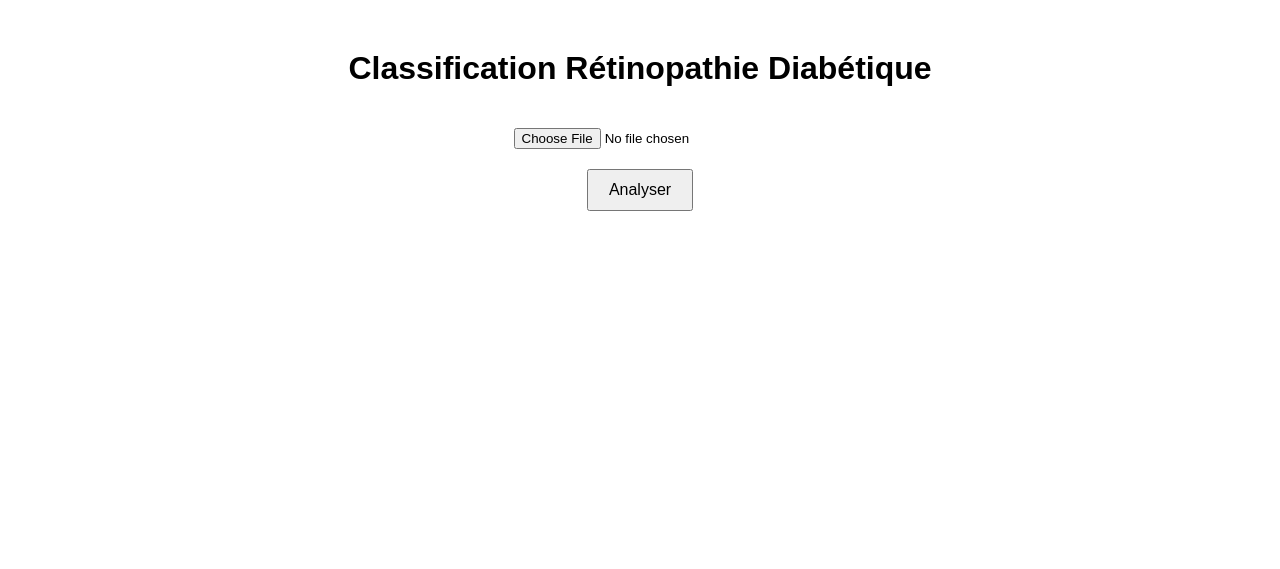
Repository: Nour-el-houda34/Diabetic-Retinopathy
Page: http://localhost/
The author's editor kept a copy of each file at every save. The page is drawn from the files as they stood at one save, then again after the next save.
The browser window is 1280 px wide. The pictures show the whole page.
The page is served by the project's application, run on Flask 3 (app.py).

Above is the page before, as saved 2025-11-25 17:43:12.

After the next save:
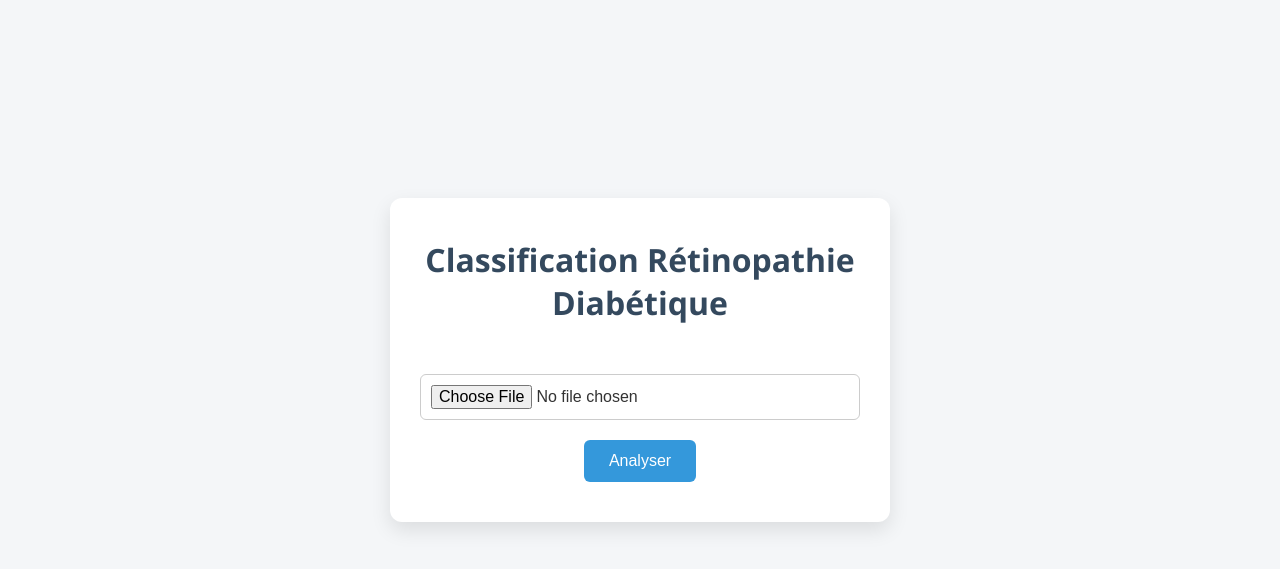
Saved 2 min 25 s later.
--- a/templates/index.html
+++ b/templates/index.html
@@ -4,27 +4,105 @@
     <meta charset="UTF-8">
     <title>Classification Rétinopathie Diabétique</title>
     <style>
-        body { font-family: Arial, sans-serif; text-align: center; margin-top: 50px; }
-        input[type=file] { margin: 20px 0; }
-        img { max-width: 300px; margin: 20px 0; border: 1px solid #ccc; }
-        .result { font-size: 20px; font-weight: bold; margin-top: 20px; color: #2c3e50; }
-        button { padding: 10px 20px; font-size: 16px; cursor: pointer; }
+        /* Reset et style de base */
+        * { box-sizing: border-box; margin: 0; padding: 0; }
+        body {
+            font-family: 'Segoe UI', Tahoma, Geneva, Verdana, sans-serif;
+            background: #f4f6f8;
+            color: #333;
+            display: flex;
+            justify-content: center;
+            align-items: center;
+            min-height: 100vh;
+        }
+        .container {
+            background: #fff;
+            padding: 40px 30px;
+            border-radius: 12px;
+            box-shadow: 0 8px 20px rgba(0,0,0,0.1);
+            text-align: center;
+            max-width: 500px;
+            width: 90%;
+        }
+        h1 {
+            margin-bottom: 30px;
+            color: #34495e;
+        }
+        input[type=file] {
+            margin: 20px 0;
+            padding: 10px;
+            width: 100%;
+            border: 1px solid #ccc;
+            border-radius: 6px;
+            font-size: 16px;
+            cursor: pointer;
+        }
+        button {
+            padding: 12px 25px;
+            font-size: 16px;
+            cursor: pointer;
+            background-color: #3498db;
+            border: none;
+            border-radius: 6px;
+            color: #fff;
+            transition: background 0.3s ease;
+        }
+        button:hover {
+            background-color: #2980b9;
+        }
+        img {
+            max-width: 100%;
+            margin: 20px 0;
+            border-radius: 10px;
+            box-shadow: 0 4px 15px rgba(0,0,0,0.1);
+        }
+        .result {
+            font-size: 20px;
+            font-weight: bold;
+            margin-top: 20px;
+            padding: 15px;
+            border-radius: 8px;
+            background-color: #ecf0f1;
+            color: #2c3e50;
+        }
+        /* Style pour les probabilités détaillées */
+        .probabilities {
+            margin-top: 15px;
+            text-align: left;
+            background: #f8f9fa;
+            padding: 15px;
+            border-radius: 8px;
+            font-size: 16px;
+        }
+        .probabilities li {
+            margin-bottom: 5px;
+        }
     </style>
 </head>
 <body>
-    <h1>Classification Rétinopathie Diabétique</h1>
-    <form method="post" enctype="multipart/form-data">
-        <input type="file" name="image" accept="image/*" required>
-        <br>
-        <button type="submit">Analyser</button>
-    </form>
+    <div class="container">
+        <h1>Classification Rétinopathie Diabétique</h1>
+        <form method="post" enctype="multipart/form-data">
+            <input type="file" name="image" accept="image/*" required>
+            <br>
+            <button type="submit">Analyser</button>
+        </form>
 
-    {% if image_path %}
-        <img src="{{ image_path }}" alt="Image sélectionnée">
-    {% endif %}
+        {% if image_path %}
+            <img src="{{ image_path }}" alt="Image sélectionnée">
+        {% endif %}
 
-    {% if result %}
-        <div class="result">{{ result }}</div>
-    {% endif %}
+        {% if result %}
+            <div class="result">{{ result }}</div>
+        {% endif %}
+
+        {% if probabilities %}
+            <ul class="probabilities">
+                {% for cls, prob in probabilities.items() %}
+                    <li>{{ cls }} : {{ "%.2f"|format(prob*100) }}%</li>
+                {% endfor %}
+            </ul>
+        {% endif %}
+    </div>
 </body>
 </html>
